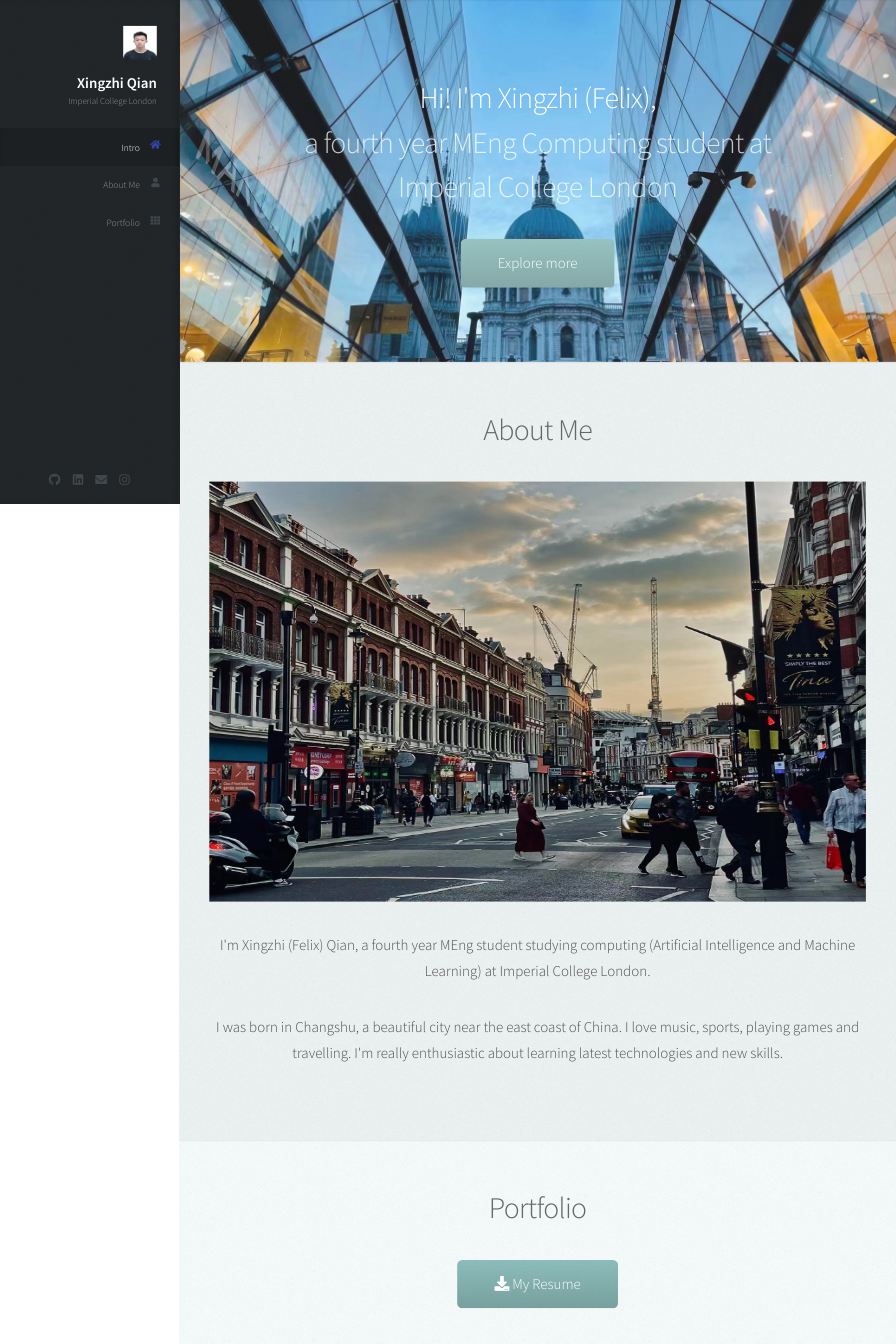
Repository: Felixqxz/Felixqxz.github.io
Page: index.html
An editor plug-in stored every save of this project. The page is shown before and after a run of saves, followed by the edit.
The browser window is 1280 px wide. The pictures show the part of the page from y = 0 to 1920 px (the page is 5766 px tall before and 6574 px after), at 70% of full size.

Above is the page before, as saved 2022-08-02 15:17:01.

### index.html
<!DOCTYPE HTML>
<!--
	Prologue by HTML5 UP
	html5up.net | @ajlkn
	Free for personal and commercial use under the CCA 3.0 license (html5up.net/license)
-->
<html>
	<head>
		<title>Prologue by HTML5 UP</title>
		<meta charset="utf-8" />
		<meta name="viewport" content="width=device-width, initial-scale=1, user-scalable=no" />
		<link rel="stylesheet" href="assets/css/main.css" />
	</head>
	<body class="is-preload">

		<!-- Header -->
			<div id="header">

				<div class="top">

					<!-- Logo -->
						<div id="logo">
							<span class="image avatar48"><img src="images/avatar.jpg" alt="" /></span>
							<h1 id="title">Xingzhi Qian</h1>
							<p>Imperial College London</p>
						</div>

					<!-- Nav -->
						<nav id="nav">
							<ul>
								<li><a href="#top" id="top-link"><span class="icon solid fa-home">Intro</span></a></li>
								<li><a href="#about" id="about-link"><span class="icon solid fa-user">About Me</span></a></li>
								<li><a href="#portfolio" id="portfolio-link"><span class="icon solid fa-th">Portfolio</span></a></li>
								<!-- <li><a href="#contact" id="contact-link"><span class="icon solid fa-envelope">Contact</span></a></li> -->
							</ul>
						</nav>

				</div>

				<div class="bottom">

					<!-- Social Icons -->
						<ul class="icons">
							<li><a href="https://github.com/Felixqxz" class="icon brands fa-github"><span class="label">Github</span></a></li>
							<li><a href="https://www.linkedin.com/in/felixqian" class="icon brands fa-linkedin"><span class="label">LinkedIn</span></a></li>
							<li><a href="mailto: xingzhi.qian19@imperial.ac.uk" class="icon solid fa-envelope"><span class="label">Email</span></a></li>
							<li><a href="https://www.instagram.com/felix_qxz" class="icon brands fa-instagram"><span class="label">Instagram</span></a></li>
						</ul>

				</div>

			</div>

		<!-- Main -->
			<div id="main">

				<!-- Intro -->
					<section id="top" class="one dark cover">
						<div class="container">

							<header>
								<h2 class="alt"> <strong> Hi! I'm Xingzhi (Felix), </strong></h2>
								<h2>a fourth year MEng Computing student at</h2>
								<h2>Imperial College London</h2>
							</header>

							<footer>
								<a href="#about" class="button scrolly">Explore more</a>
							</footer>

						</div>
					</section>


					<!-- About Me -->
					<section id="about" class="three">
						<div class="container">

							<header>
								<h2>About Me</h2>
							</header>

							<a href="#" class="image featured"><img src="images/about.jpeg" height="600" alt="" /></a>

							<p>I'm Xingzhi (Felix) Qian, a fourth year MEng student studying computing (Artificial Intelligence and Machine Learning) at Imperial College London. </p>
							<p>I was born in Changshu, a beautiful city near the east coast of China. I love music, sports, playing games and travelling.
								I'm really enthusiastic about learning latest technologies and new skills.
							</p>

						</div>
					</section>

					<!-- Portfolio -->
					<section id="portfolio" class="two">
						<div class="container">

							<header>
								<h2>Portfolio</h2>
							</header>

							<a href="assets/CV.pdf" class="button" target="_blank"><i class="fa fa-download"></i>  My Resume</a>

						</div>
					</section>

					<section class="posts">
						<article>
							<header>
								<span class="date">June 2022 - Aug 2022</span>
								<h2>E-Commerce<br />
								Website</a></h2>
							</header>
							<img src="images/E-Commerce.jpg" width="400" height="250" alt="" /><br><br>
							<p>Built up an e-commerce website with Angular front-end and spring-boot back-end. Implemented the credit card payments using Stripe API.
								Developed Spring Boot back-end using REST APIs and connectted with MySQL database. ensuring web security using JWT, OAuth2.
							</p>
							<a href="https://github.com/Felixqxz/e-commerce" class="icon brands fa-github" style="font-size:36px"><span class="label">Github</span></a>
						</article>
						<article>
							<header>
								<span class="date">Sept 2021 - Dec 2021</span>
								<h2>Butterfly<br />
								Annotator</a></h2>
							</header>
							<img src="images/butterfly.jpg" width="400" height="250" alt="" /><br><br>
							<p>Collaborated in team of 6 online to create GUI for annotating terms in butterfly descriptions to regions in butterfly images.
							Implemented front-end using Vue.js with bootstrap, enabling user draw polygons on canvas to manually select regions.
							Used Flask and SQLite at back-end and designed the functionality that can automatically generate possible
							keywords and set different permissions (admin, viewer, editor).
							</p>
							<a href="https://github.com/Felixqxz/butterfly-annotator" class="icon brands fa-github" style="font-size:36px"><span class="label">Github</span></a>
						</article>
						<article>
							<header>
								<span class="date">June 2021 - July 2021</span>
								<h2>Personal<br />
								Blog</h2>
							</header>
							<img src="images/personal-blog.jpeg"  width="400" height="250" alt="" /><br><br>
							<p>Created and built up the personal blog that enables different users to add their own blogs with Markdown format.
								Implemented front-end using Vue with element-UI, and back-end using Spring boot with MySQL. Used JWT (JSON Web Tokens) to ensure
								security between front-end and back-end.
							</p><br><br>
							<a href="https://github.com/Felixqxz/blog" class="icon brands fa-github" style="font-size:36px"><span class="label">Github</span></a>
						</article>
						<article>
							<header>
								<span class="date">May 2021</span>
								<h2>Online Platform for<br />
									 Chinese Students at Imperial</h2>
							</header>
							<img src="images/ios.jpg" width="300" height="400" alt="" /><br><br>
							<p>Built up a mobile app that provides a platform for Chinese students at Imperial College to post problem that they would like to ask or share.
								Interviewed a few Chinese students in different years at Imperial and improved the software based on their feedback during the project iterations.
								Implemented using Swift for both front-end and back-end with Firebase as cloud-based NoSQL database.

							</p><br><br>
							<a href="https://github.com/Felixqxz/drp" class="icon brands fa-github" style="font-size:36px"><span class="label">Github</span></a>
						</article>
						<article>
							<header>
								<span class="date">Oct 2020 - Dec 2020</span>
								<h2>WACC<br />
								Compiler</h2>
							</header>
							<img src="images/wacc.png" width="400" height="250" alt="" /><br><br>
							<p>Worked in team of 4 online to build up Wacc compiler that generates assembly code using Java. Wacc is a simple language for educational purposes.
								Generated the language parser and constructed abstract syntax tree using ANTLR tool.
								Allowed for syntax and semantic checking of inputs and generate error messages according to both syntax and semantic error.


							</p><br><br>
							<a href="https://github.com/Felixqxz/Wacc" class="icon brands fa-github" style="font-size:36px"><span class="label">Github</span></a>
						</article>
						<article>
							<header>
								<span class="date">June 2018 - July 2018</span>
								<h2>Cataracts Classification<br /> Using SqueezeNet</h2>
							</header>
							<img src="images/cataracts.jpeg" width="400" height="250" alt="" /><br><br>
							<p>Used SqueezeNet, a deep neural network with few parameters, on cataracts classification that can help
								ophthalmologists diagnose different types of cataracts with images, achieving accuracy on test data at 96%.
								Generated and applied data augmentation to preprocess data for labeled datasets, and trained model with
								transfer learning using Keras and TensorFlow.
								Came up with the idea from volunteering in ophthalmology department and finding it took ophthalmologists
								time to diagnose different types of cataracts.


							</p>
							<a href="https://github.com/Felixqxz/cataracts-classification" class="icon brands fa-github" style="font-size:36px"><span class="label">Github</span></a>
						</article>
					</section>



				<!-- Contact -->
					<!-- <section id="contact" class="four">
						<div class="container">

							<header>
								<h2>Contact</h2>
							</header>

							<p>Elementum sem parturient nulla quam placerat viverra
							mauris non cum elit tempus ullamcorper dolor. Libero rutrum ut lacinia
							donec curae mus. Eleifend id porttitor ac ultricies lobortis sem nunc
							orci ridiculus faucibus a consectetur. Porttitor curae mauris urna mi dolor.</p>

							<form method="post" action="#">
								<div class="row">
									<div class="col-6 col-12-mobile"><input type="text" name="name" placeholder="Name" /></div>
									<div class="col-6 col-12-mobile"><input type="text" name="email" placeholder="Email" /></div>
									<div class="col-12">
										<textarea name="message" placeholder="Message"></textarea>
									</div>
									<div class="col-12">
										<input type="submit" value="Send Message" />
									</div>
								</div>
							</form>

						</div>
					</section> -->

			</div>

		<!-- Footer -->
			<div id="footer">

				<!-- Copyright -->
					<ul class="copyright">
						<li>&copy; Copyright © 2022 Xingzhi Qian All Rights Reserved.</li><br>
						<li>&copy; Created by Xingzhi Qian </li>
					</ul>

			</div>

		<!-- Scripts -->
			<script src="assets/js/jquery.min.js"></script>
			<script src="assets/js/jquery.scrolly.min.js"></script>
			<script src="assets/js/jquery.scrollex.min.js"></script>
			<script src="assets/js/browser.min.js"></script>
			<script src="assets/js/breakpoints.min.js"></script>
			<script src="assets/js/util.js"></script>
			<script src="assets/js/main.js"></script>

	</body>
</html>

Loaded but not shown: assets/css/fontawesome-all.min.css (library); assets/js/jquery.min.js (library); assets/js/jquery.scrolly.min.js (common file); assets/js/jquery.scrollex.min.js (common file); assets/js/browser.min.js (common file); assets/js/breakpoints.min.js (common file); assets/js/util.js (587 lines, source omitted); assets/js/main.js (123 lines, source omitted); assets/css/main.css (2800 lines, source omitted)

After the next 3 saves:
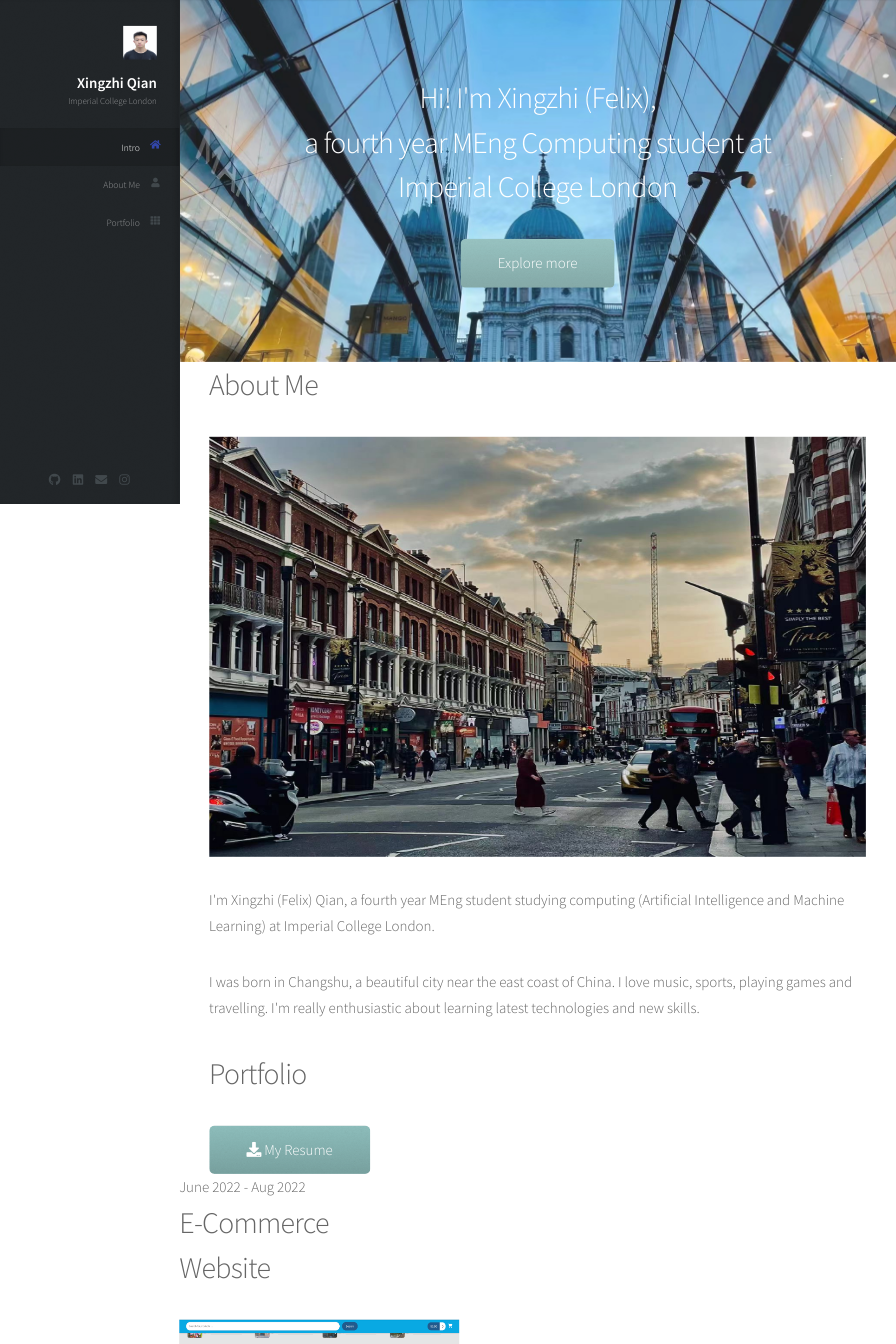
The 3 saves are shown as one change because they came seconds apart.
The last was saved 9 s later.
--- a/index.html
+++ b/index.html
@@ -60,7 +60,7 @@
 
 							<header>
 								<h2 class="alt"> <strong> Hi! I'm Xingzhi (Felix), </strong></h2>
-								<h2>a fourth year MEng Computing student at</h2>
+								<h2><strong>a fourth year MEng Computing student at</h2>
 								<h2>Imperial College London</h2>
 							</header>
 

After the 4 saves that followed:
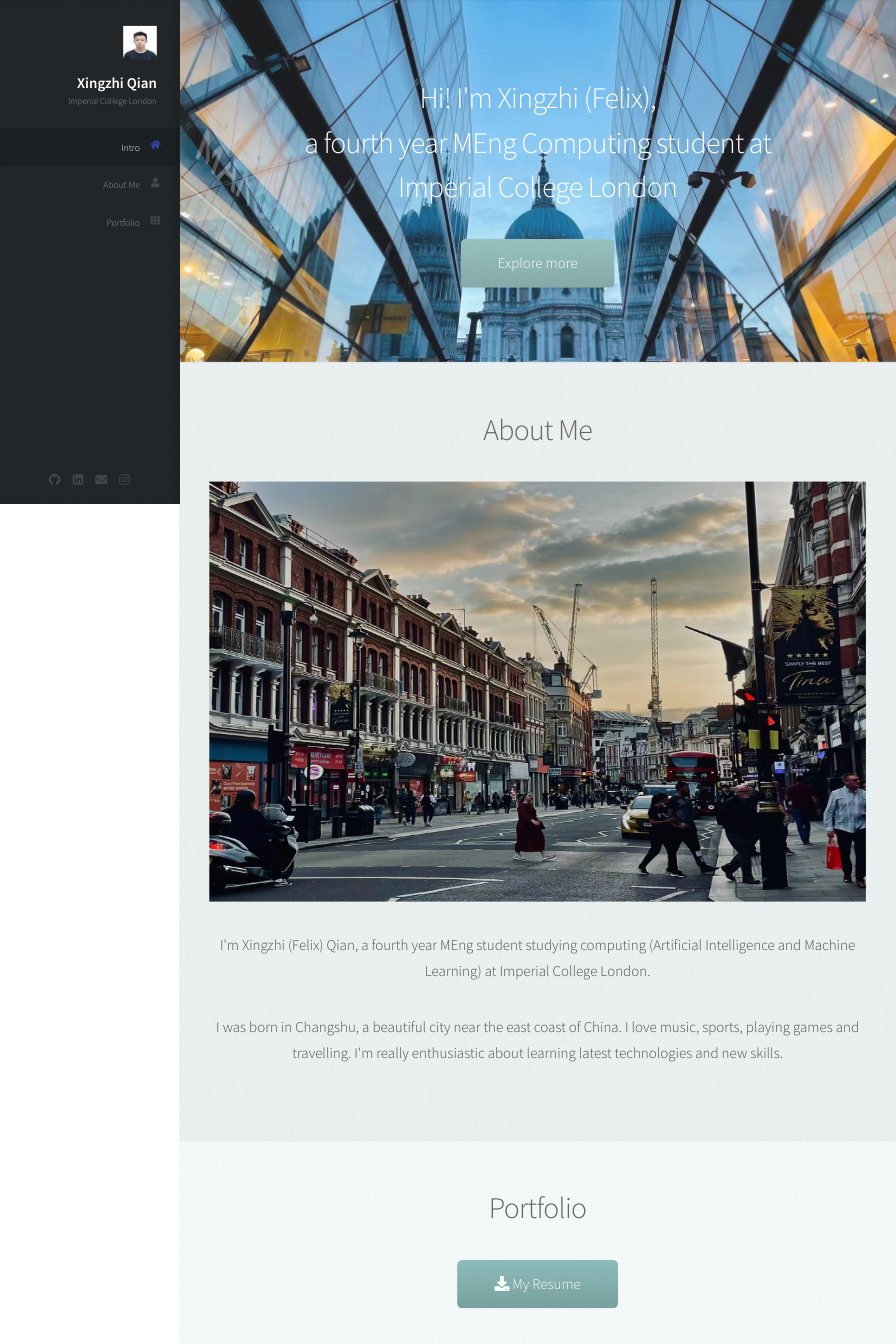
The 4 saves are shown as one change because they came seconds apart.
The last was saved 9 s later.
--- a/index.html
+++ b/index.html
@@ -60,8 +60,8 @@
 
 							<header>
 								<h2 class="alt"> <strong> Hi! I'm Xingzhi (Felix), </strong></h2>
-								<h2><strong>a fourth year MEng Computing student at</h2>
-								<h2>Imperial College London</h2>
+								<h2><strong>a fourth year MEng Computing student at</strong></h2>
+								<h2><strong>Imperial College London</strong></h2>
 							</header>
 
 							<footer>
